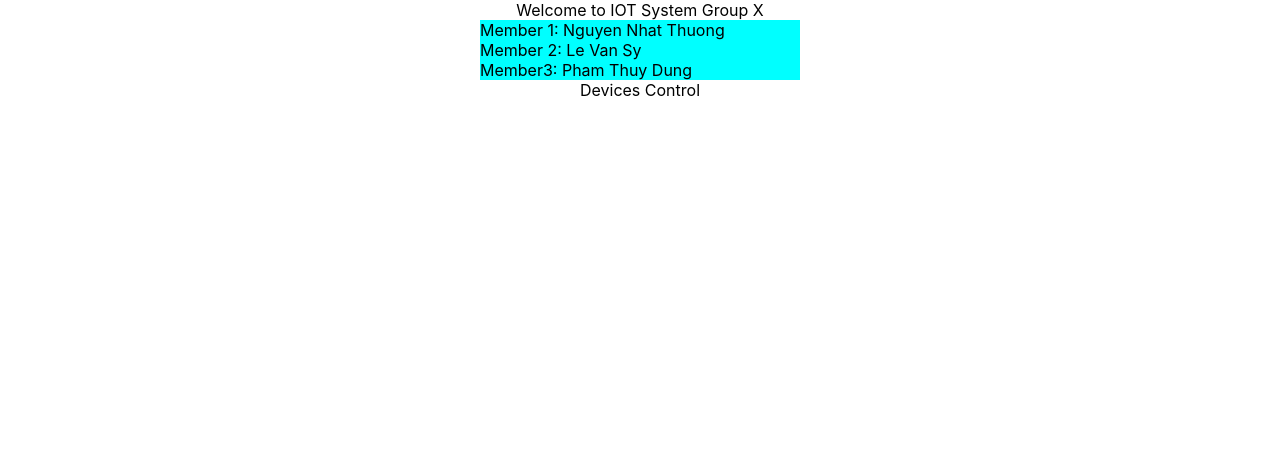
Repository: ngnhthuong/IOT_LAB
Page: /
These files come from the project's save history. The page is drawn as it stood at one moment and after the next save; the edit follows.
The browser window is 1280 px wide. The pictures show the whole page.
The project was rebuilt for these pictures with package versions that can differ from the ones it lists, and the page was loaded fresh each time.

Above is the page before, as saved 2024-04-23 14:36:20.

After the next save:
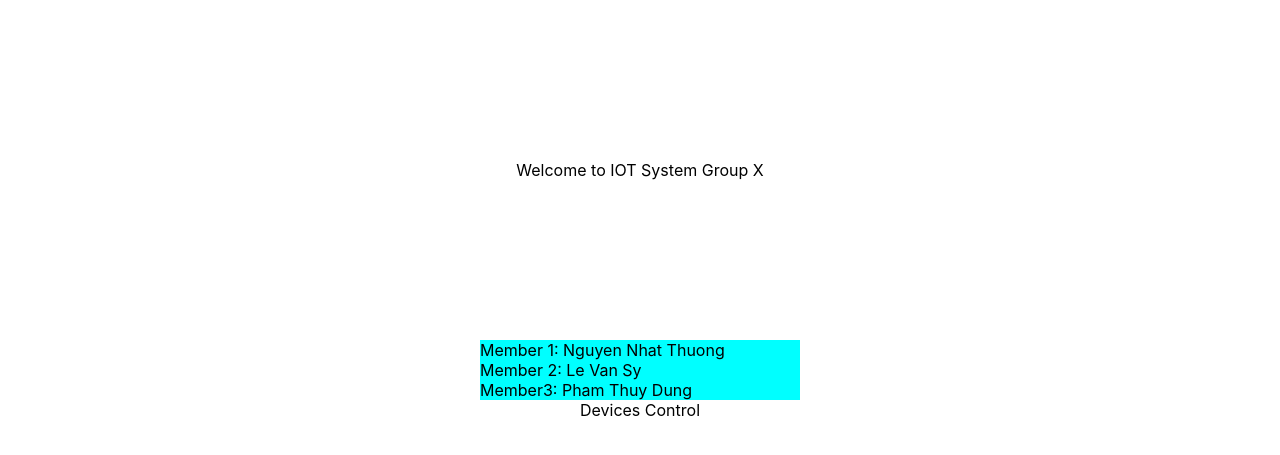
Saved 5 s later.
--- a/src/App.css
+++ b/src/App.css
@@ -16,7 +16,7 @@
 .welcome-name{
   display: flex;
   justify-content: center;
-  padding: 20;
+  padding: 10rem;
 }
 
 .member-name{
